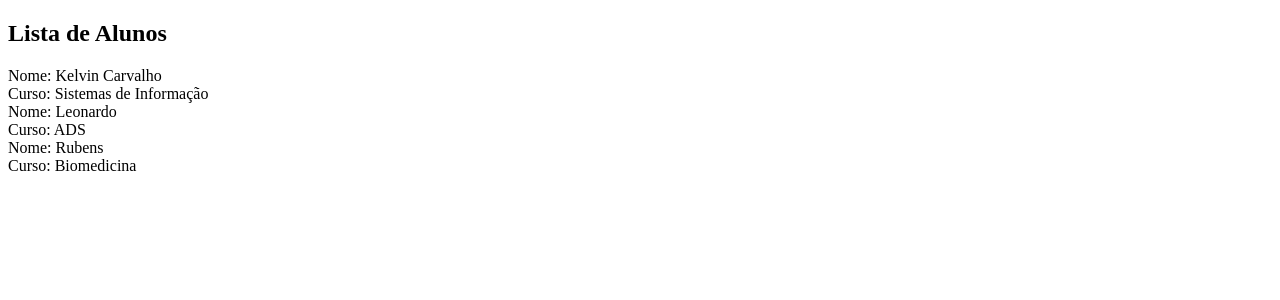
Repository: kelvincarvalho/Desenvolvimento_Java
Page: http://localhost/01_AngularJS/exemplo_angularJS03.jsp
The author's editor kept a copy of each file at every save. The page is drawn from the files as they stood at one save, then again after the next save.
The browser window is 1280 px wide. The pictures show the whole page.
Some web libraries are served in a nearby version. The page is served by Tomcat 9.

Above is the page before, as saved 2017-11-01 16:24:37.

After the next save:
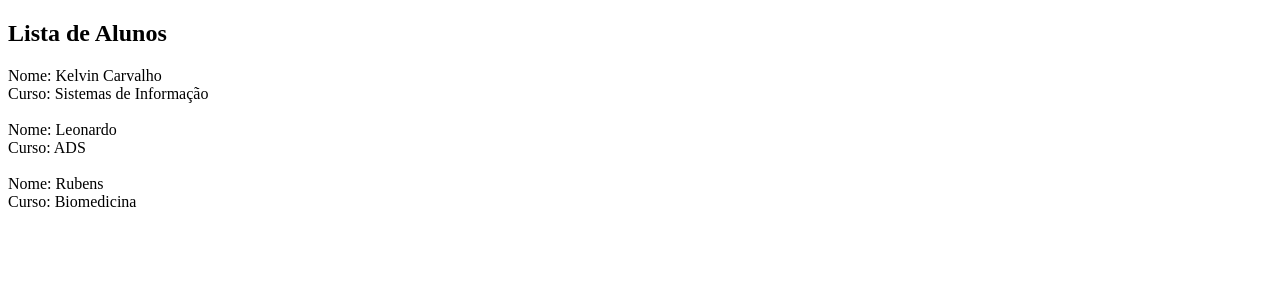
Saved 24 s later.
--- a/Modulo07/01_AngularJS/WebContent/exemplo_angularJS03.jsp
+++ b/Modulo07/01_AngularJS/WebContent/exemplo_angularJS03.jsp
@@ -9,7 +9,7 @@
 	<h2>Lista de Alunos</h2>
 	<div ng-repeat="aluno in ctl.alunos">
 		Nome: {{aluno.nome}}<br/>
-		Curso: {{aluno.curso}}<br/>
+		Curso: {{aluno.curso}}<br/>	<br/>
 	</div>
 
 	<script src="https://ajax.googleapis.com/ajax/libs/angularjs/1.6.6/angular.min.js"></script>
